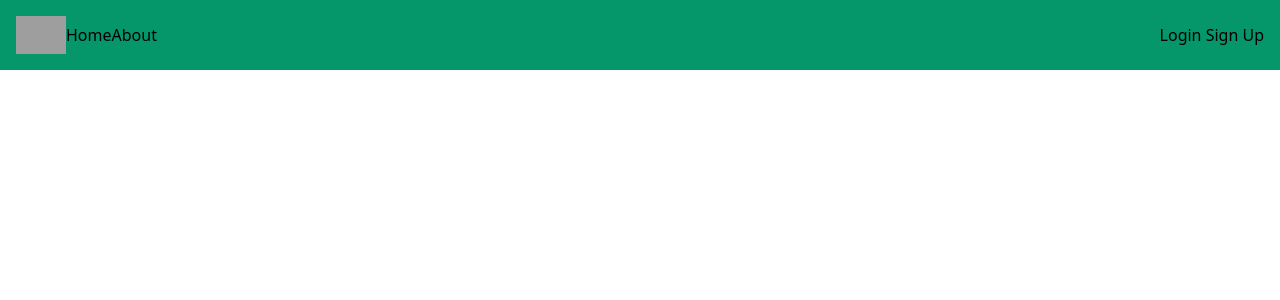
Repository: DaNiels89/tailwind-stawberries
Page: index.html
The author's editor kept a copy of each file at every save. The page is drawn from the files as they stood at one save, then again after the next save.
The browser window is 1280 px wide. The pictures show the whole page.
Pictures or frames that could not be fetched are drawn as grey boxes.

Above is the page before, as saved 2020-08-24 13:21:46.

After the next save:
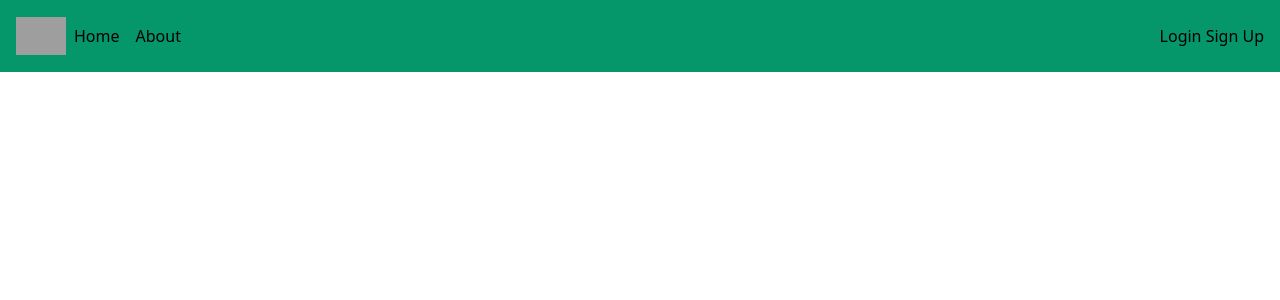
Saved 7 s later.
--- a/index.html
+++ b/index.html
@@ -19,8 +19,8 @@
             class="Logo"
             width="50"
           />
-          <a href="#" class="inline-block">Home</a>
-          <a href="#" class="inline-block">About</a>
+          <a href="#" class="inline-block p-2">Home</a>
+          <a href="#" class="inline-block p-2">About</a>
         </div>
         <div class="">
           <a href="#" class="">Login</a>
